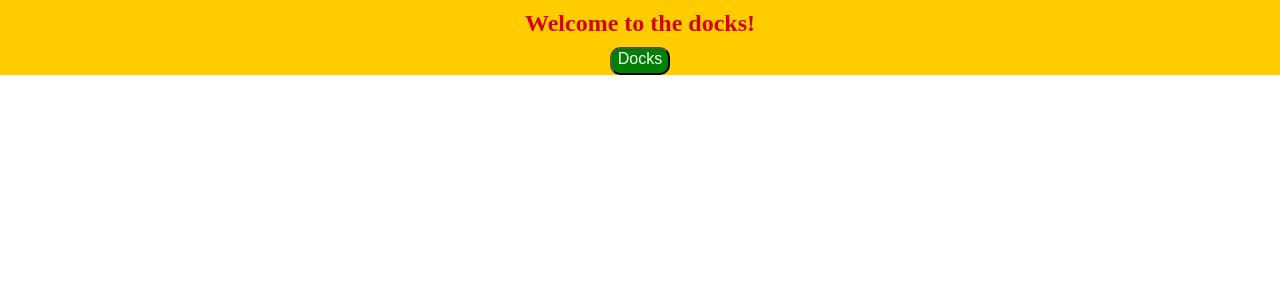
Repository: charliejp0311/java-final-proj
Page: dockWalk-frontend/index.html
An editor plug-in stored every save of this project. The page is shown before and after the next save, followed by the edit.
The browser window is 1280 px wide. The pictures show the whole page.
The page's requests for data from a server got no answer.

Above is the page before, as saved 2020-08-27 16:16:53.

### dockWalk-frontend/index.html
<!DOCTYPE html>
<html lang="en" dir="ltr">
    <head>
        <meta charset="utf-8">
        <link rel="stylesheet" href="style.css">
        <title>Dock Walk</title>
    </head>
    <body>
        <header>
            <h2>Welcome to the docks!</h2>
        </header>
        <main id="dock">

        </main>
    </body>
    <script type="application/javascript" src="src/index.js" charset="UTF-8"></script>
    <script type="application/javascript" src="src/dock.js" charset="UTF-8"></script>
</html>

### dockWalk-frontend/style.css
body {
    margin: 0;
    padding: 0;
}

header {
    background-color: #FFCC00;
    color: #D40511;
    text-align: center;
    margin: 0 auto;
    height: 75px;
}

header h2 {
    padding: 10px;
    margin: 0;
}

main {
    display: grid;
    grid-template-columns: 1fr;
    grid-template-rows: auto;
    grid-gap: 20px;
    padding-top: 10px;
    padding-bottom: 30px;
}

div.card {
    background-color: #eeeeee;
    height: 250px;
    width: 300px;
    box-shadow: 10px 10px grey;
    padding: 10px;
    border-radius: 10px;
}

p {
    font-size: 1.5em;
    color: black;
    font-family: Helvetica;
}

li {
    font-size: 1.05em;
    list-style: none;
    padding-right: 20px;
    text-align: center;
}

button {
    font-size: 1em;
    color: #fff;
    background-color: green;
    border-radius: 10px;
    padding-bottom: 5px;
}

button.release {
    float: right;
    background-color: #E1332D;
}

@media only screen and (min-width: 500px) {
    main {
        grid-template-columns: 1fr 1fr;
    }
}

@media only screen and (min-width: 850px) {
    main {
        grid-template-columns: 1fr 1fr 1fr 1fr;
    }
}

### dockWalk-frontend/src/index.js
document.addEventListener("DOMContentLoaded", function () {
    let h = document.getElementsByTagName('header')[0]
    let button1 = document.createElement('button')
    button1.innerText = "Docks"
    button1.addEventListener('click',fetchDocks())
    h.appendChild(button1)
});

### dockWalk-frontend/src/dock.js
let dockCard = (sec,ranges)=> {
    let body = document.getElementById('dock')
    let div = document.createElement('div')
    div.className = 'card'
    // div.addEventListener('click',sectionClick())
    div.innerText = sec.attributes.section
    let ul = document.createElement('ul')
    ul.innerText = "Door Ranges"
    for (const rng of ranges) {
        let li = document.createElement('li')
        // li.addEventListener('click',rangeClick())
        li.innerText = rng.attributes.range
        ul.appendChild(li)
    }
    div.appendChild(ul)
    body.appendChild(div)
}


let displayDocks = (docks) => {
    let d = docks.data
    let r = docks.included
    for (const section of d) {
        let rngs = r.filter(rng=>rng.relationships.dock.data.id === section.id)
        dockCard(section,rngs)
    }
}

let fetchDocks = () => {
    return fetch('http://localhost:3000/docks')
    .then(resp => resp.json())
    .then(json=> displayDocks(json))
}

After the next save:
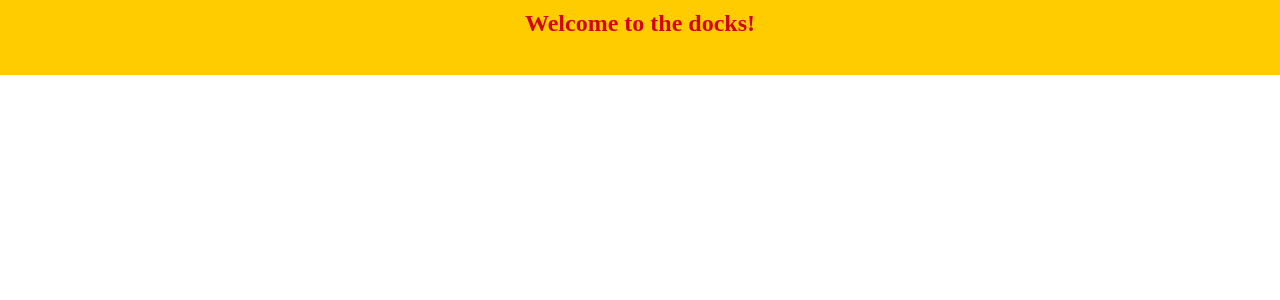
Console error: ReferenceError: fetchDocks is not defined
Saved 2 min 32 s later.
--- a/dockWalk-frontend/index.html
+++ b/dockWalk-frontend/index.html
@@ -14,5 +14,5 @@
         </main>
     </body>
     <script type="application/javascript" src="src/index.js" charset="UTF-8"></script>
-    <script type="application/javascript" src="src/dock.js" charset="UTF-8"></script>
+    <!-- <script type="application/javascript" src="src/dock.js" charset="UTF-8"></script> -->
 </html>

After the save that followed:
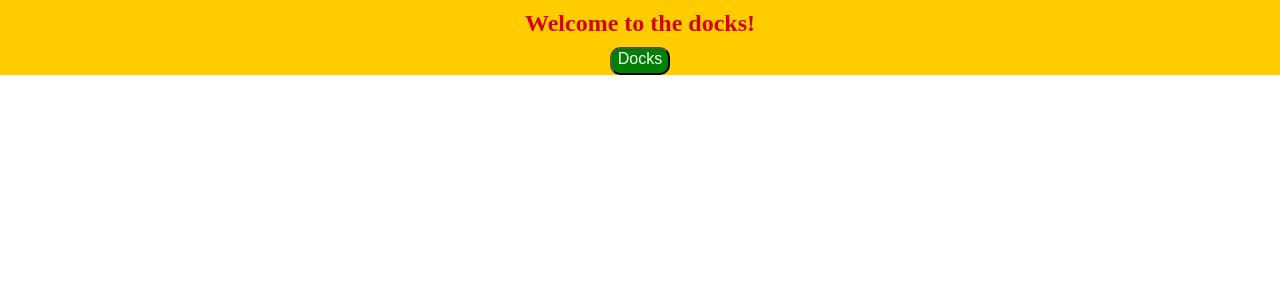
The error is gone.
Saved 25 s later.
--- a/dockWalk-frontend/index.html
+++ b/dockWalk-frontend/index.html
@@ -14,5 +14,5 @@
         </main>
     </body>
     <script type="application/javascript" src="src/index.js" charset="UTF-8"></script>
-    <!-- <script type="application/javascript" src="src/dock.js" charset="UTF-8"></script> -->
+    <script type="application/javascript" src="src/dock.js" charset="UTF-8"></script>
 </html>
